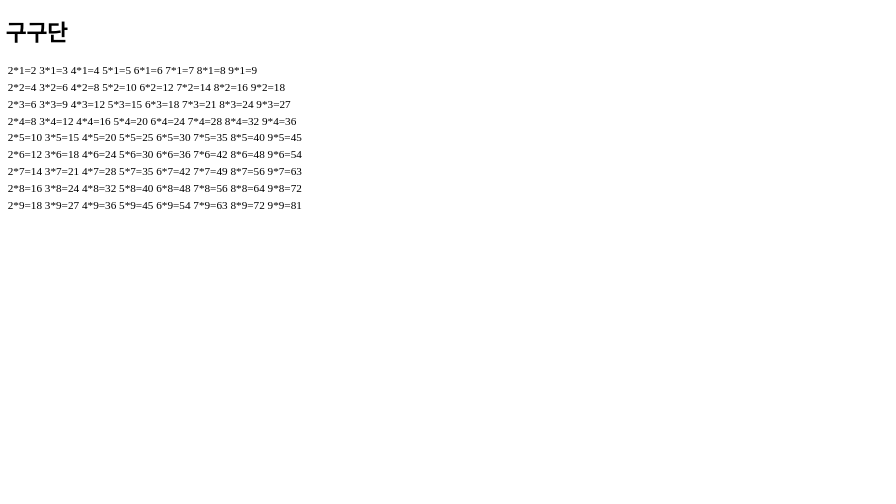
Repository: hwa3845/fullstackjava
Page: http://localhost/web02/ex04.jsp
The author's editor kept a copy of each file at every save. The page is drawn from the files as they stood at one save, then again after the next save.
The browser window is 1280 px wide. The pictures show the part of the page from y = 0 to 1920 px (the page is 720 px tall before and 3733 px after), at 70% of full size.
The page is served by Tomcat 9.

Above is the page before, as saved 2025-04-15 02:33:57.

### webWorkspace/web02/WebContent/ex04.jsp
<%@ page language="java" contentType="text/html; charset=UTF-8"
    pageEncoding="UTF-8"%>
<!DOCTYPE html PUBLIC "-//W3C//DTD HTML 4.01 Transitional//EN" "http://www.w3.org/TR/html4/loose.dtd">
<html>
<head>
<meta http-equiv="Content-Type" content="text/html; charset=UTF-8">
<title>Insert title here</title>
</head>
<body>
<%
out.print("<h1>구구단</h1>");
for(int i=1; i<10; i++){
%>
<table>
<tbody>
<tr>

<%
	for(int j=2; j<10; j++){
out.print("<td>"+j+"*"+i+"="+j*i+"</td>");
	}
%>


</tr>
</tbody>
</table>
<%
}
%>
</body>
</html>

After the next save:
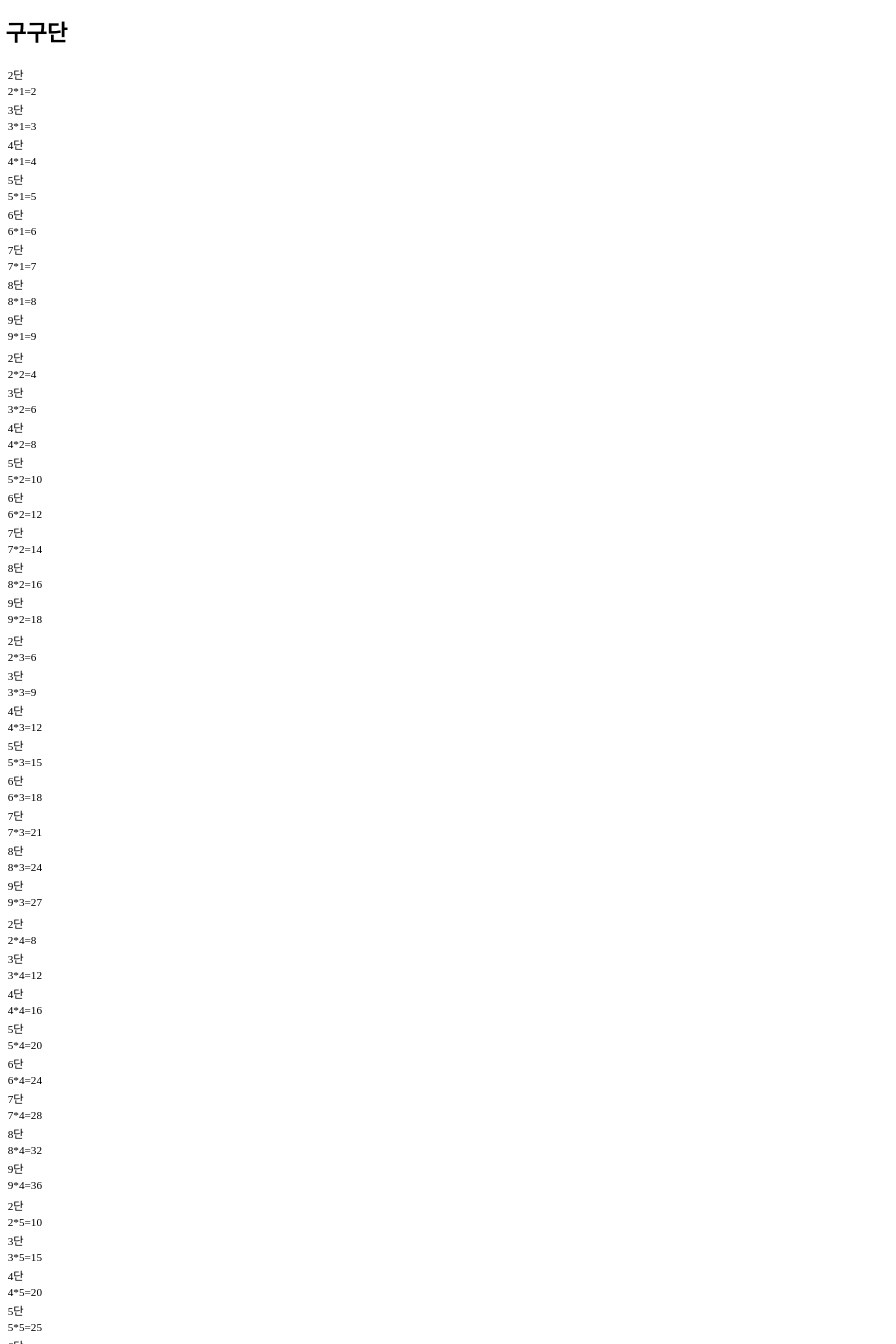
Saved 2 min 39 s later.
--- a/webWorkspace/web02/WebContent/ex04.jsp
+++ b/webWorkspace/web02/WebContent/ex04.jsp
@@ -17,10 +17,10 @@ for(int i=1; i<10; i++){
 
 <%
 	for(int j=2; j<10; j++){
+		out.print("<tr><td>"+j+"단</td></tr>");
 out.print("<td>"+j+"*"+i+"="+j*i+"</td>");
 	}
 %>
-
 
 </tr>
 </tbody>
